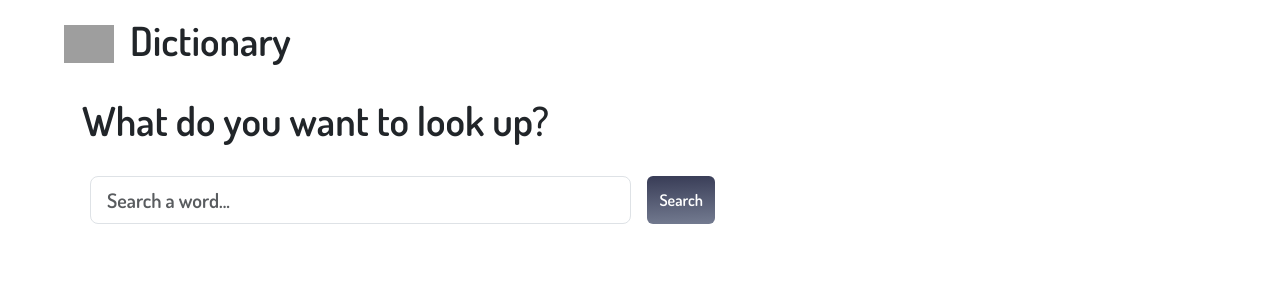
Repository: moehaymanmyint/react-dictionary-app
Page: /
An editor plug-in stored every save of this project. The page is shown before and after the next save, followed by the edit.
The browser window is 1280 px wide. The pictures show the whole page.
Pictures or frames that could not be fetched are drawn as grey boxes. The project was rebuilt for these pictures with package versions that can differ from the ones it lists, and the page was loaded fresh each time. Also part of the build but not shown: src/Synonyms.js, src/Meaning.js, src/Phonetics.js, src/Results.js.

Above is the page before, as saved 2024-09-06 12:15:22.

After the next save:
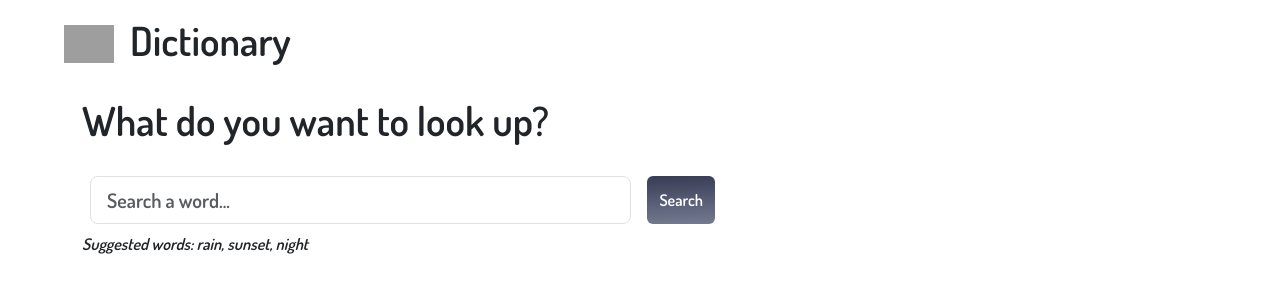
Saved 103 s later.
--- a/src/Search.js
+++ b/src/Search.js
@@ -34,6 +34,7 @@ export default function Search(){
                         <input type="search" className="form-control form-control-lg m-2" value={word} onChange={updateWord} placeholder="Search a word..."/>
                         <input type="submit" value="Search" className="btn btn m-2"/>
                     </form>
+                    <em>Suggested words: rain, sunset, night</em>
                     <section className="meaning">
                         <Results results={results}/>
                     </section>
